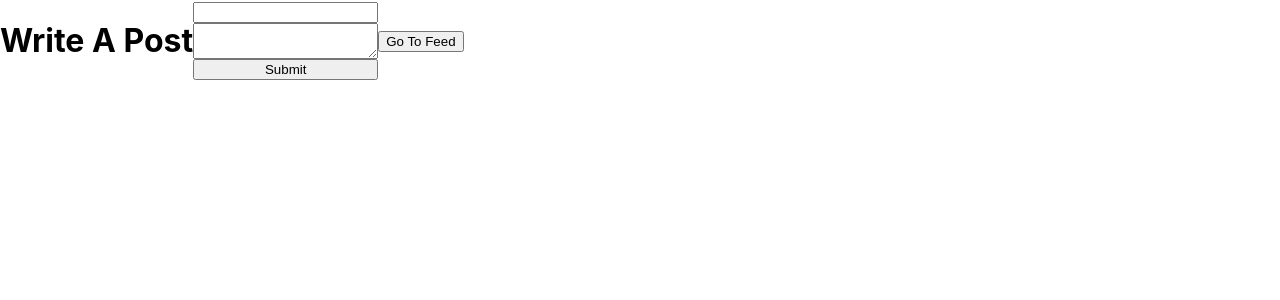
Repository: shaelorch/comp-week4
Page: /addPosts
An editor plug-in stored every save of this project. The page is shown before and after the next save, followed by the edit.
The browser window is 1280 px wide. The pictures show the whole page.
The project was rebuilt for these pictures with package versions that can differ from the ones it lists, and the page was loaded fresh each time. The framework's server and built-in components were replaced by stand-ins that run in the browser. Also part of the build but not shown: next.config.js.

Above is the page before, as saved 2023-01-31 23:05:32.

After the next save:
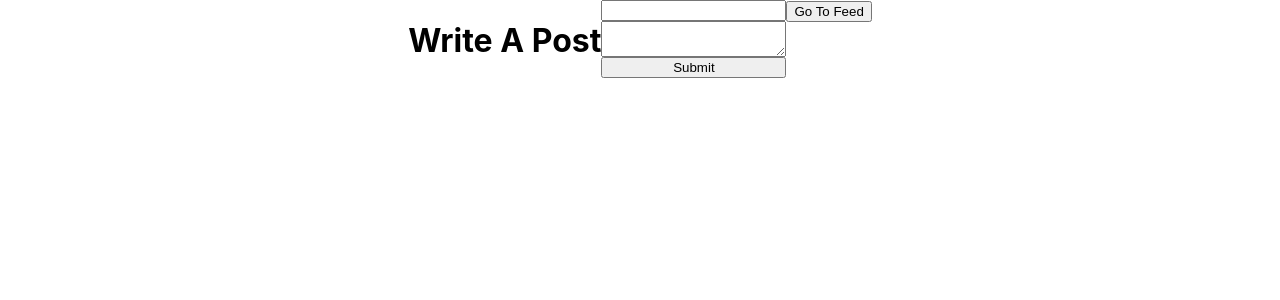
Saved 10 s later.
--- a/pages/addPosts.js
+++ b/pages/addPosts.js
@@ -12,7 +12,7 @@ export default function Home({posts}) {
     console.log(res.data)
   }
 
-  return <div style={{display:'flex', alignItems:'center', }}>
+  return <div style={{display:'flex', justifyContent:'center', }}>
   <h1>Write A Post</h1>
 
         <form onSubmit={handleSubmit} style={{display: "flex", flexDirection: "column", maxWidth: "400px"}}>
